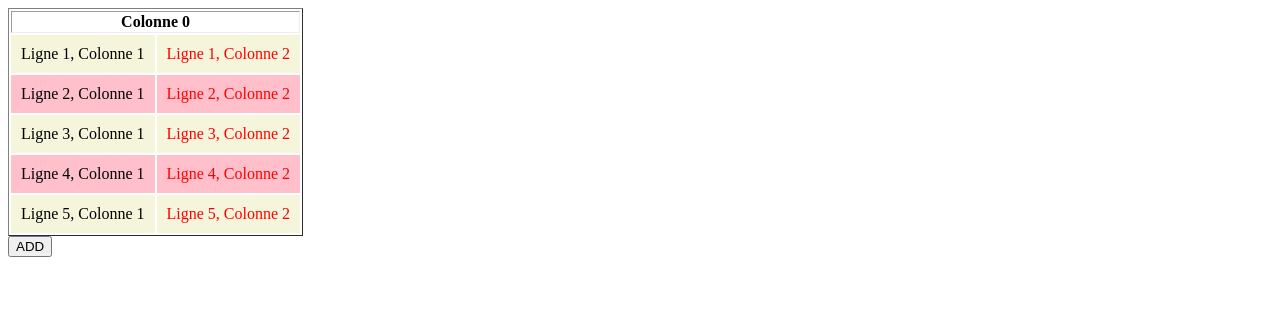
Repository: Chaimaa482/web-tp4
Page: ex1.html
The author's editor kept a copy of each file at every save. The page is drawn from the files as they stood at one save, then again after the next save.
The browser window is 1280 px wide. The pictures show the whole page.

Above is the page before, as saved 2023-10-29 15:03:27.

After the next save:
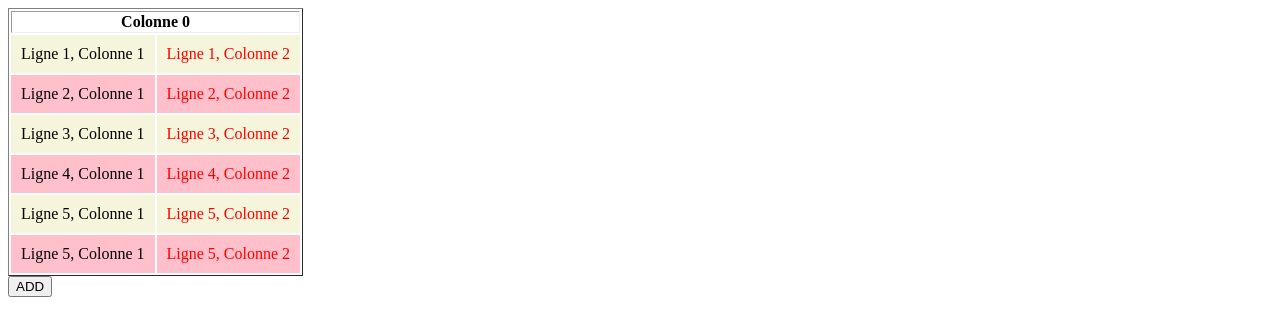
Saved 7 s later.
--- a/ex1.html
+++ b/ex1.html
@@ -23,6 +23,10 @@
         <tr>
             <td>Ligne 4, Colonne 1</td>
             <td>Ligne 4, Colonne 2</td>
+        </tr>
+        <tr>
+            <td>Ligne 5, Colonne 1</td>
+            <td>Ligne 5, Colonne 2</td>
         </tr>
         <tr>
             <td>Ligne 5, Colonne 1</td>
